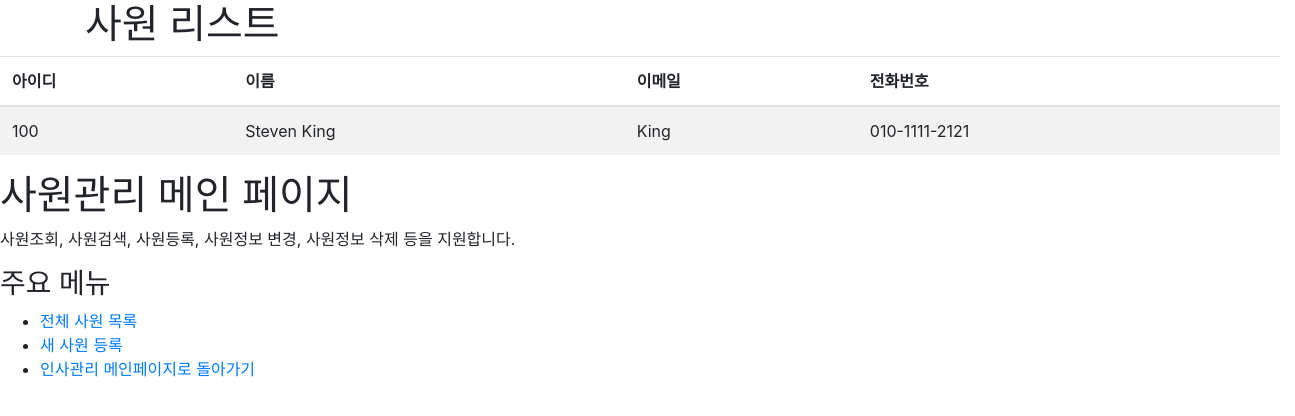
Repository: onuo77/ja_HTA
Page: http://localhost/sample/hr/emp/main.jsp
An editor plug-in stored every save of this project. The page is shown before and after the next save, followed by the edit.
The browser window is 1280 px wide. The page is 1295 px wide, so the pictures cover 1295 px, including what lies to the right of the window. The pictures show the whole page.
The page is served by Tomcat 9.

Above is the page before, as saved 2021-05-24 06:12:38.

After the next save:
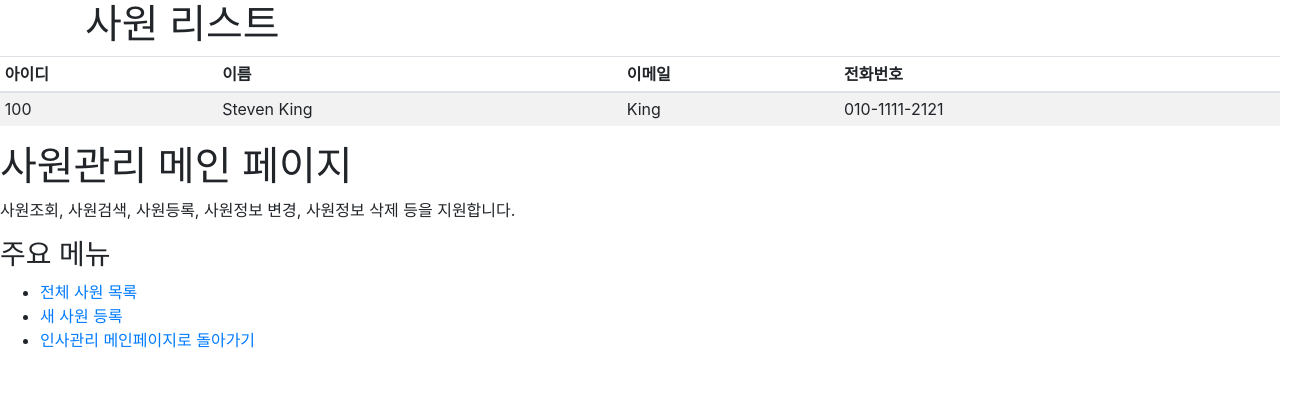
Saved 21 s later.
--- a/java-web/sample/src/main/webapp/hr/emp/main.jsp
+++ b/java-web/sample/src/main/webapp/hr/emp/main.jsp
@@ -18,7 +18,7 @@
 	</div>
 	<div class="row">
 		<div class="col-12">
-			<table class="table table-striped">
+			<table class="table table-striped table-sm">
 				<thead>
 					<tr>
 						<th>아이디</th>
